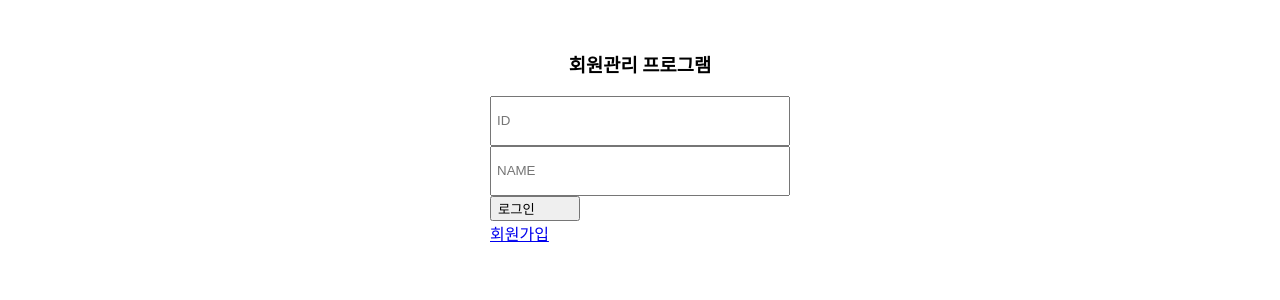
Repository: goatmxj67/ServerProgram1
Page: http://localhost/ServerProgram1/login.jsp
The author's editor kept a copy of each file at every save. The page is drawn from the files as they stood at one save, then again after the next save.
The browser window is 1280 px wide. The pictures show the whole page.
The page is served by Tomcat 9. Other server files are loaded and not shown.

Above is the page before, as saved 2021-06-14 07:41:07.
Console error: ReferenceError: $ is not defined

### ServerProgram1/WebContent/login.jsp
<%@ page language="java" contentType="text/html; charset=UTF-8"
    pageEncoding="UTF-8"%>

<% request.setCharacterEncoding("utf-8"); %>

<style>
	.login_form {
		width: 300px;
		margin: 50px auto;
	}
	h3 {
		text-align: center;
	}
	#f input {
		padding: 5px;
		width: 100%;
		height: 50px;
	}
	button, a {
		width: 30%;
		display: flex;
	}
	#f button:hover {
		cursor: pointer;
	}
</style>
<script>
	$(document).ready(function(){
		const f = $('#f');
		const id = $('#id');
		const name = $('#name');
		f.submit(function(event){
			if (id.val() == '') {
				alert('아이디와 이름은 필수입니다.');
				id.focus();
				event.preventDefault();
				return false;
			}
			else if (name.val() == '') {
				alert('아이디와 이름은 필수입니다.');
				name.focus();
				event.preventDefault();
				return false;
			}
		})
	})
</script>

<div class="login_form">
	<h3>회원관리 프로그램</h3>
	<form action="/ServerProgram1/login.do" id="f" method="post">
		<input type="text" name="id" id="id" placeholder="ID"><br>
		<input type="text" name="name" id="name" placeholder="NAME"><br>
		<button>로그인</button><a href="join.do">회원가입</a>
	</form>
</div>

After the next save:
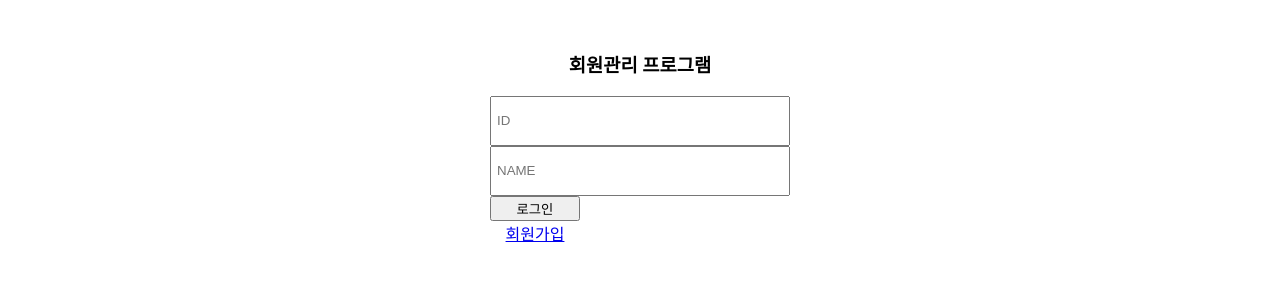
Saved 10 s later.
--- a/ServerProgram1/WebContent/login.jsp
+++ b/ServerProgram1/WebContent/login.jsp
@@ -19,6 +19,7 @@
 	button, a {
 		width: 30%;
 		display: flex;
+		justify-content: center;
 	}
 	#f button:hover {
 		cursor: pointer;

After the save that followed:
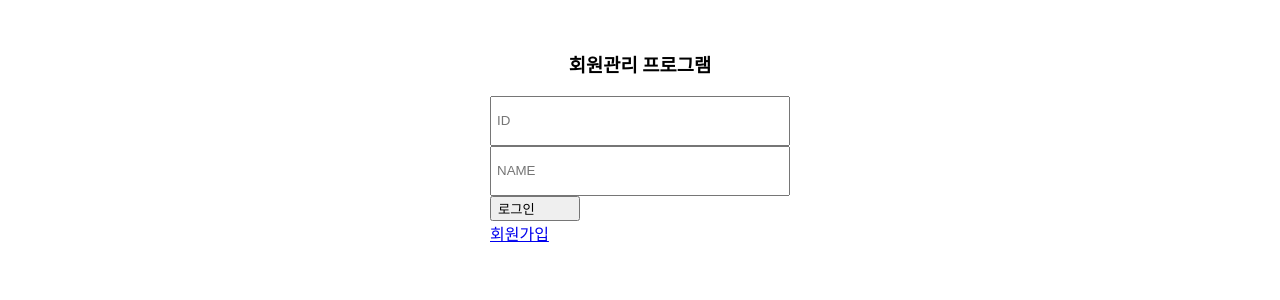
Saved 6 s later.
--- a/ServerProgram1/WebContent/login.jsp
+++ b/ServerProgram1/WebContent/login.jsp
@@ -19,7 +19,7 @@
 	button, a {
 		width: 30%;
 		display: flex;
-		justify-content: center;
+		justify-content: space-between;
 	}
 	#f button:hover {
 		cursor: pointer;
